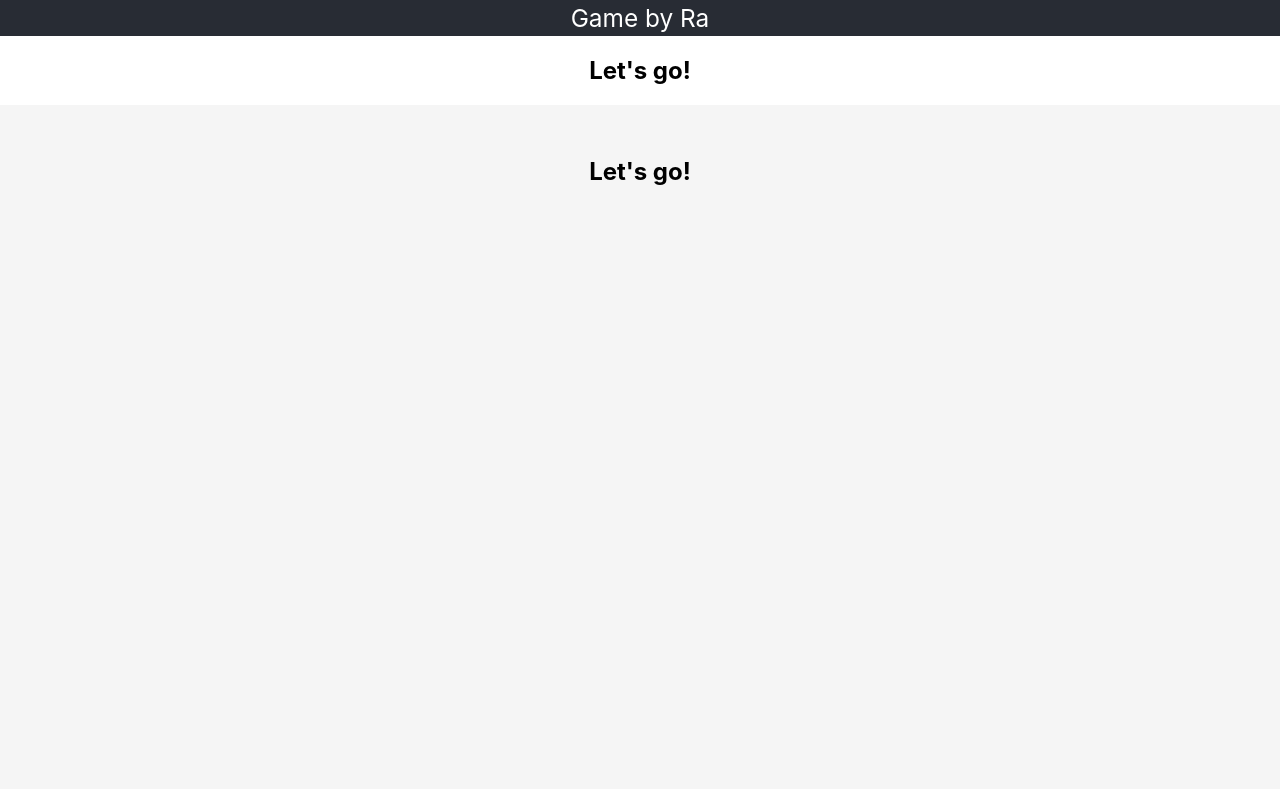
Repository: Sergioramasano/ramos-game
Page: /
An editor plug-in stored every save of this project. The page is shown before and after the next save, followed by the edit.
The browser window is 1280 px wide. The pictures show the whole page.
The project was rebuilt for these pictures with package versions that can differ from the ones it lists, and the page was loaded fresh each time.

Above is the page before, as saved 2021-02-11 14:25:28.

### public/index.html
<!DOCTYPE html>
<html lang="en">
  <head>
    <meta charset="utf-8" />
    <link rel="icon" href="%PUBLIC_URL%/favicon.ico" />
    <meta name="viewport" content="width=device-width, initial-scale=1" />
    <meta name="theme-color" content="#000000" />
    <meta
      name="description"
      content="Web site created using create-react-app"
    />
    <link rel="apple-touch-icon" href="%PUBLIC_URL%/logo192.png" />
    <link rel="manifest" href="%PUBLIC_URL%/manifest.json" />
    <title>Game by Ra</title>
  </head>
  <body>
    <noscript>You need to enable JavaScript to run this app.</noscript>
    <div id="root"></div>
  </body>
</html>

### src/App.js
import "./App.css";
import GameBox from "./components/GameBox/GameBox";

const App = () => {
  return (
    <div className="App">
      <header className="App-header">Game by Ra</header>
      <h2>Let's go!</h2>
      <GameBox></GameBox>
    </div>
  );
};

export default App;

### src/App.css
.App {
  text-align: center;
}

.App-header {
  background-color: #282c34;
  height: 5vh;
  display: flex;
  flex-direction: column;
  align-items: center;
  justify-content: center;
  font-size: calc(10px + 2vmin);
  color: white;
}

### src/components/GameBox/GameBox.js
import React from "react";
import styles from "./Gamebox.module.css";

const GameBox = () => {
  return (
    <main className={styles.gamebox}>
      <h2>Let's go!</h2>
    </main>
  );
};

export default GameBox;

### src/components/GameBox/Gamebox.module.css
.gamebox {
  height: 95vh;
  background-color: whitesmoke;
  padding: 2rem;
  box-sizing: border-box;
}

Loaded but not shown: src/index.js (common file); src/index.css (common file)

After the next save:
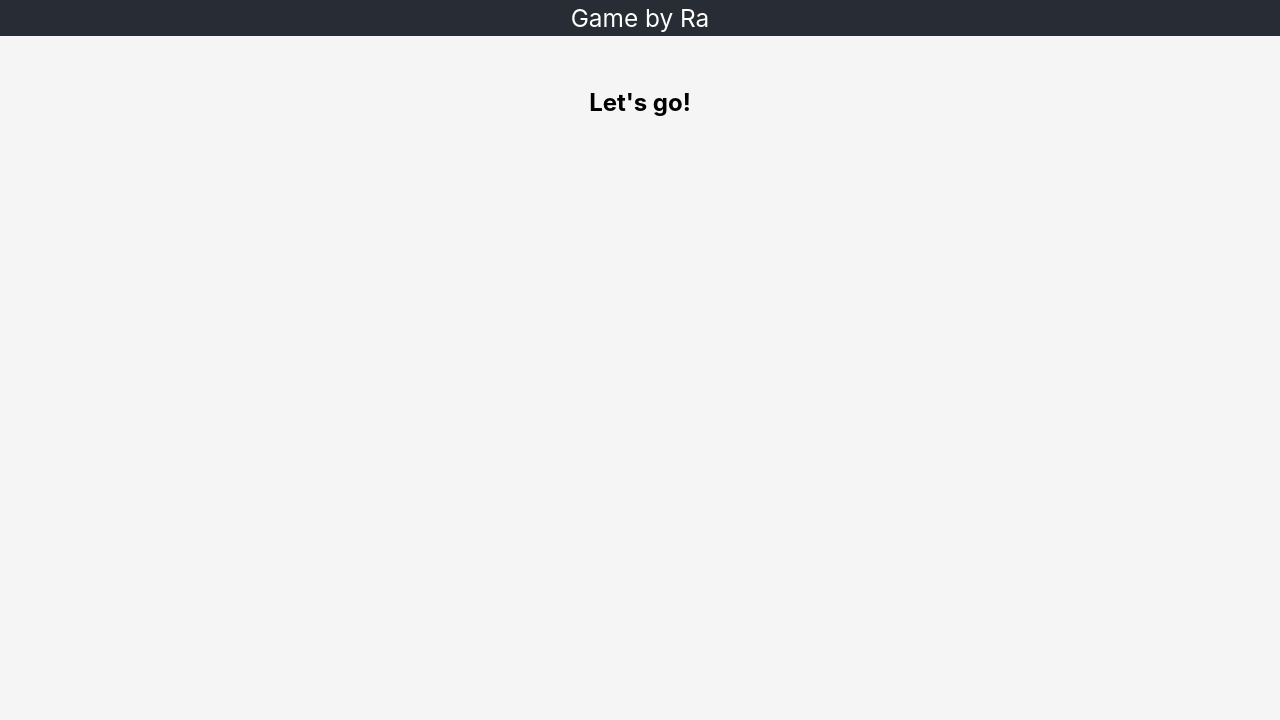
Saved 8 s later.
--- a/src/App.js
+++ b/src/App.js
@@ -5,7 +5,6 @@
   return (
     <div className="App">
       <header className="App-header">Game by Ra</header>
-      <h2>Let's go!</h2>
       <GameBox></GameBox>
     </div>
   );
